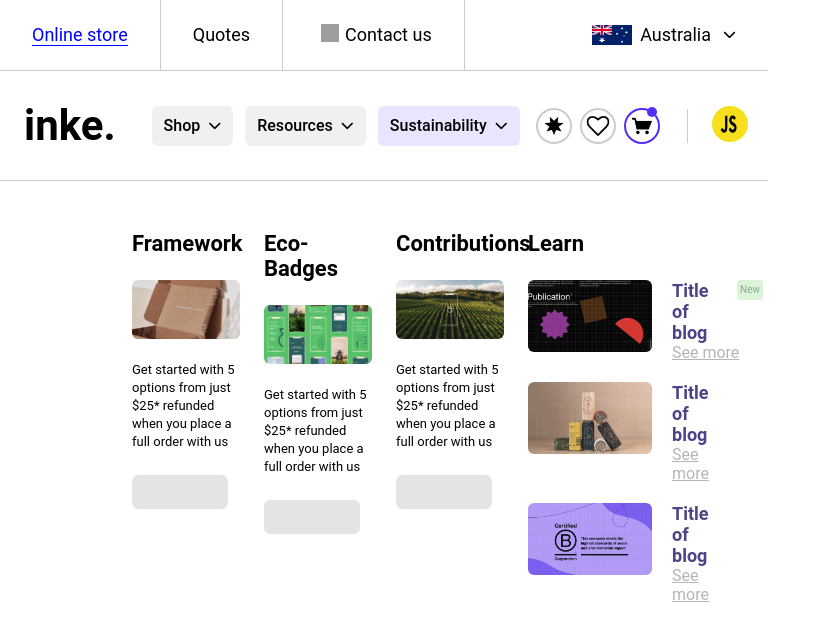
Repository: NguyenMinhKhanhB1909929/Practice_HTML-01
Page: index.html
The author's editor kept a copy of each file at every save. The page is drawn from the files as they stood at one save, then again after the next save.
The browser window is 768 px wide. The page is 768 px wide, then 818 px, so the pictures cover 818 px, including what lies to the right of the window. The pictures show the whole page.
Pictures or frames that could not be fetched are drawn as grey boxes. Some web libraries are served in a nearby version.

Above is the page before, as saved 2022-04-07 19:10:09.

After the next save:
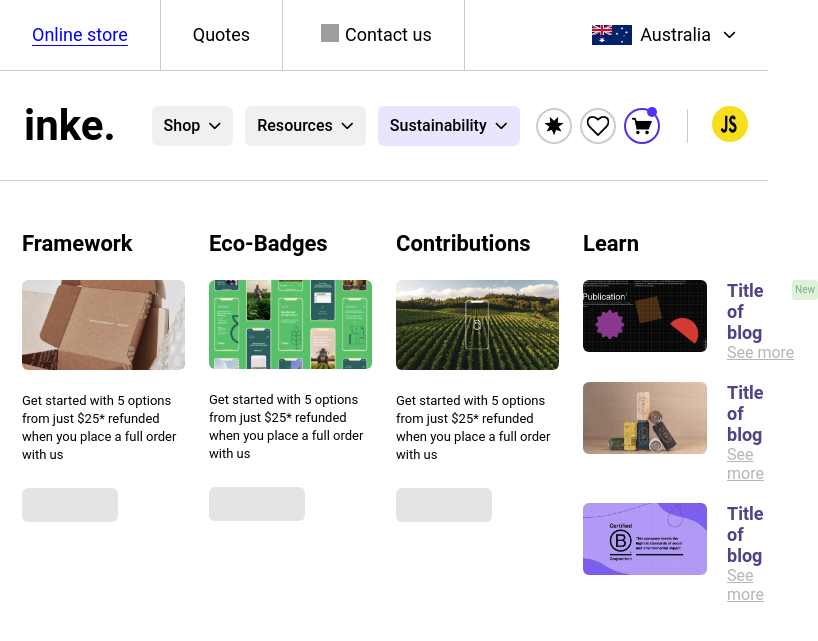
Saved 32 s later.
--- a/asset/style/style.css
+++ b/asset/style/style.css
@@ -295,7 +295,7 @@ a {
     margin-right: 20px;
   }
   /* Container */
-  /* .container {
+  .container {
     margin: 0 10px;
   } */
   /* .row {
@@ -304,7 +304,7 @@ a {
   /* .col {
     width: 50%;
     padding: 0;
-  } */
+  }
 }
 
 /* Mobile */
